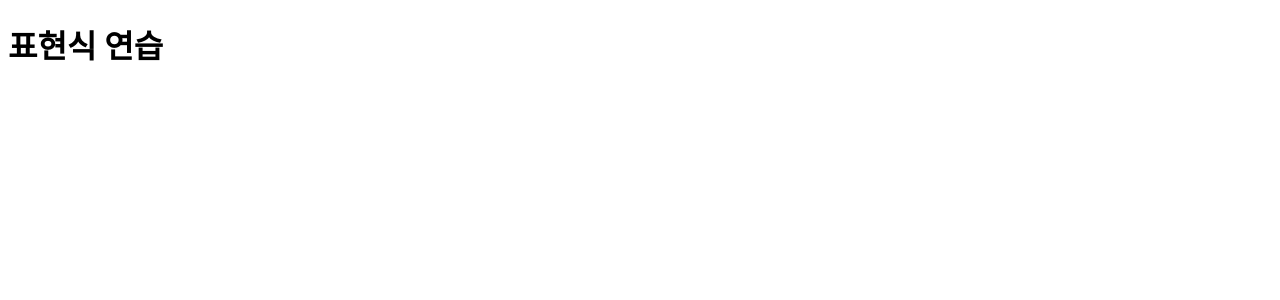
Repository: qwer1227/Jsp_study
Page: http://localhost/app/sample2.jsp
These files come from the project's save history. The page is drawn as it stood at one moment and after the next save; the edit follows.
The browser window is 1280 px wide. The pictures show the whole page.
The page is served by Tomcat 9.

Above is the page before, as saved 2024-08-05 07:08:47.

After the next save:
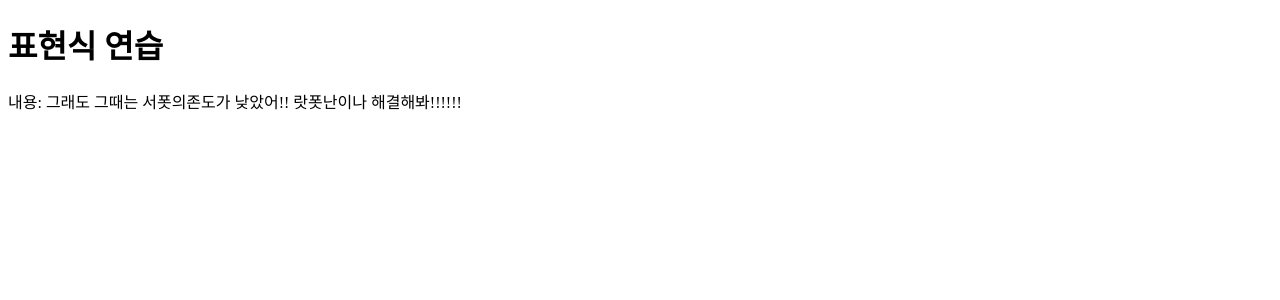
Saved 51 s later.
--- a/app/src/main/webapp/sample2.jsp
+++ b/app/src/main/webapp/sample2.jsp
@@ -12,5 +12,6 @@
 <%
 	String text = "그래도 그때는 서폿의존도가 낮았어!! 랏폿난이나 해결해봐!!!!!!";
 %>
+	<p>내용: <%=text %></p>
 </body>
 </html>
